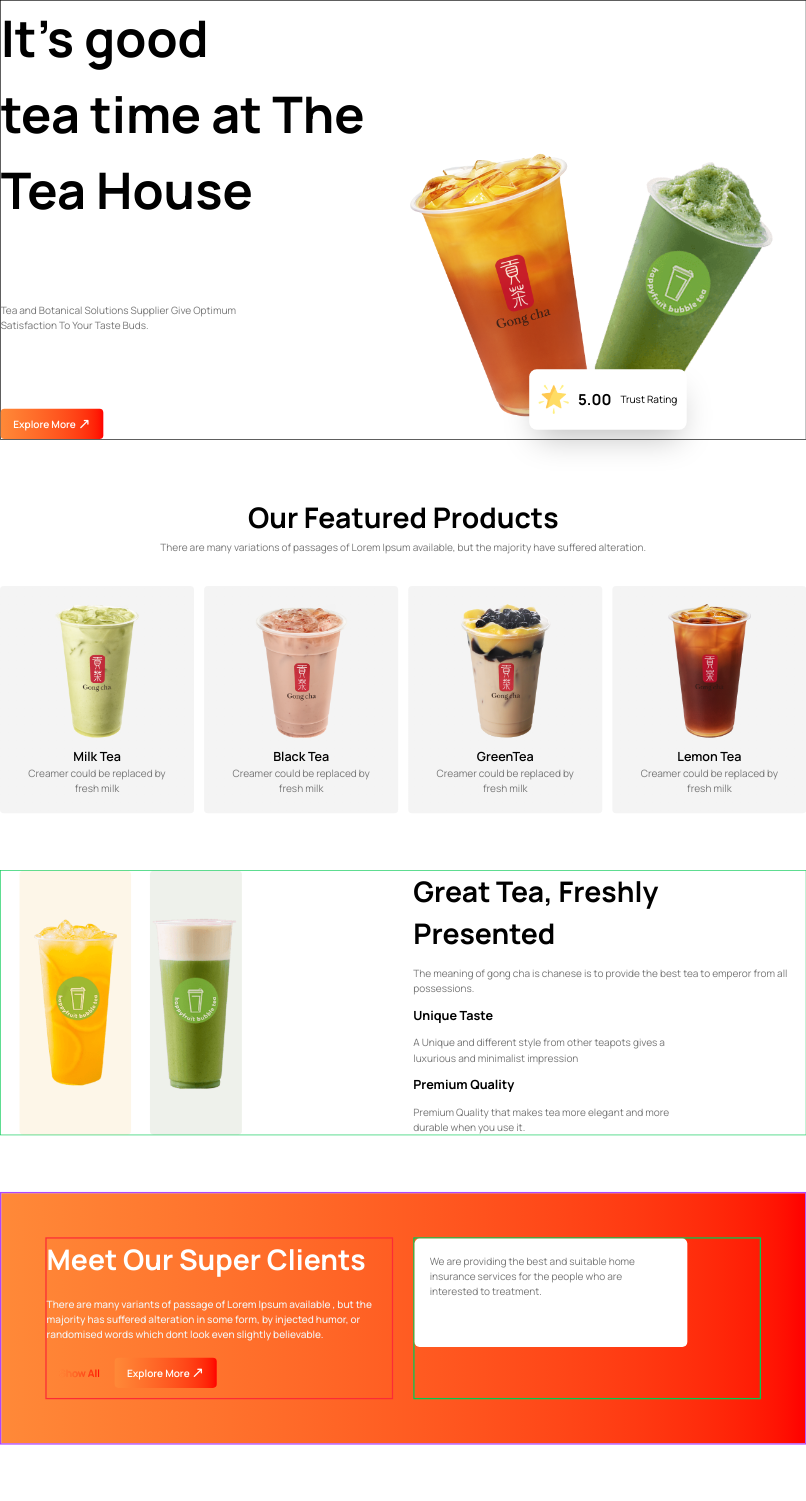
Repository: tanimtanzilislam/Tea-house
Page: index.html
An editor plug-in stored every save of this project. The page is shown before and after the next save, followed by the edit.
The browser window is 1280 px wide. The pictures show the whole page, at 63% of full size.
Some web libraries are served in a nearby version.

Above is the page before, as saved 2026-04-10 12:12:41.

After the next save:
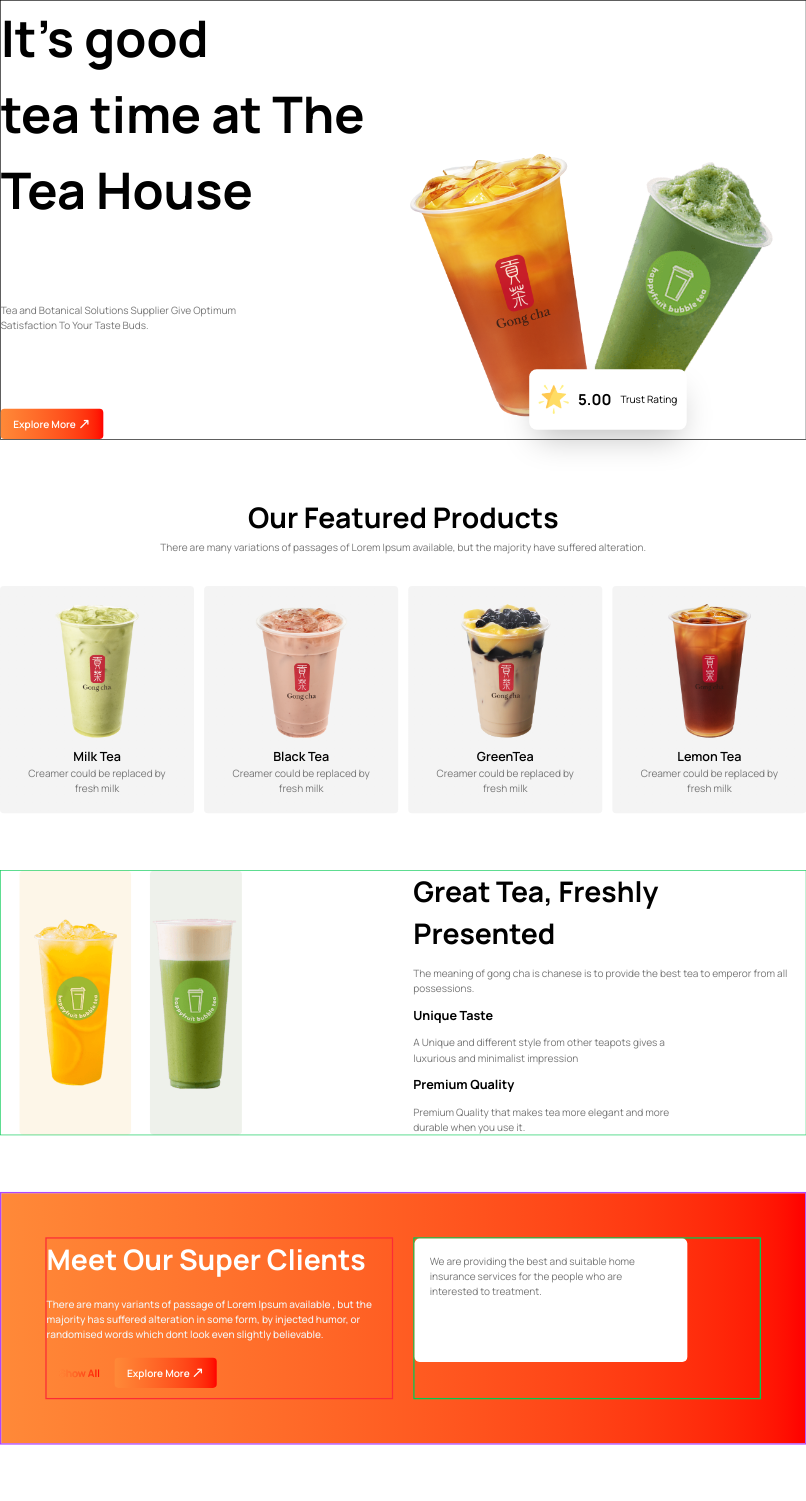
Saved 6 s later.
--- a/index.html
+++ b/index.html
@@ -158,7 +158,7 @@
              <h3  class="text-[#7777777] font-semibold"> Businessman</h3>
 
              <div  class="absolute  -top-[30px] left-[30px]>
-             <img src="./images/client.png" alt="" >
+             <img src="./images/client.png" alt="" ></div>>
              </div>
         </div>
     </div>
